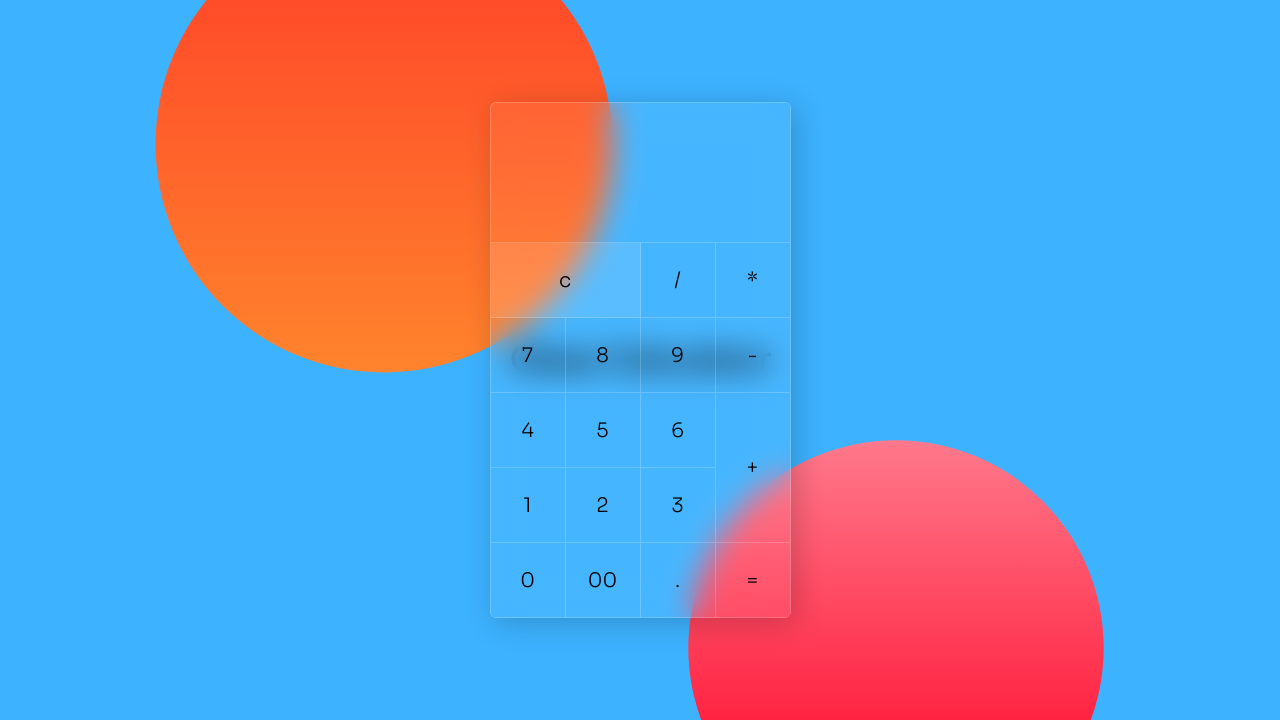
Repository: tharunkumaar404/Glass-Calci
Page: index.html
The author's editor kept a copy of each file at every save. The page is drawn from the files as they stood at one save, then again after the next save.
The browser window is 1280 px wide. The pictures show the whole page.

Above is the page before, as saved 2021-08-26 15:14:03.

After the next save:
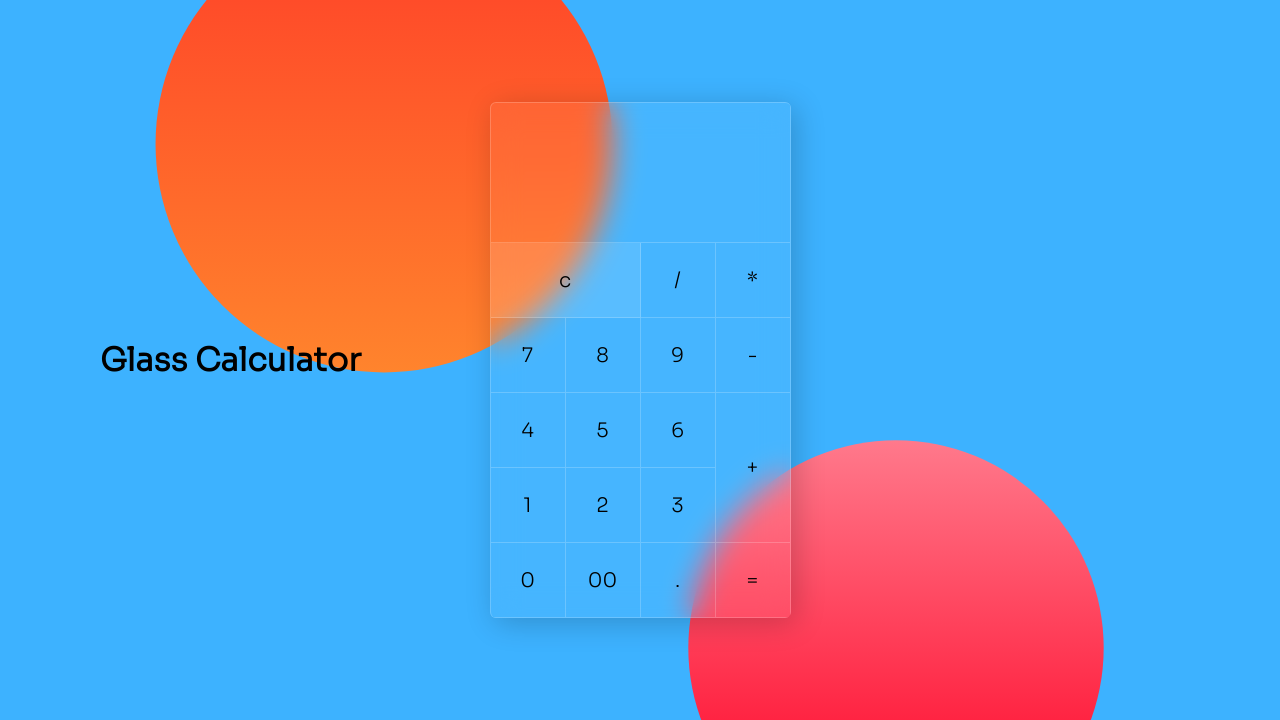
Saved 16 s later.
--- a/styles.css
+++ b/styles.css
@@ -111,4 +111,5 @@ height:150px;
 
 h1{
     position: absolute;
+    left:100px;
 }
